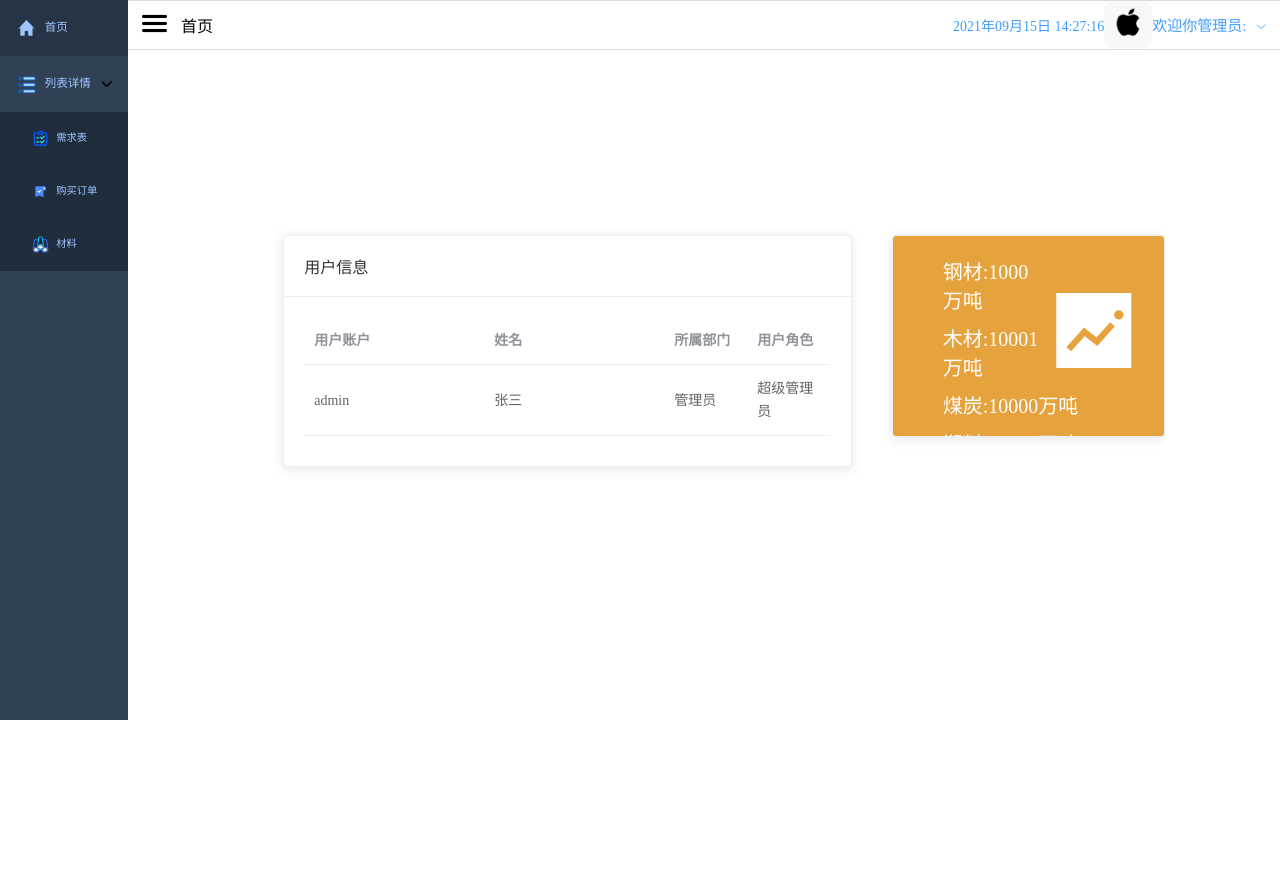
Repository: 572031690/fwwb-proj
Page: /home
An editor plug-in stored every save of this project. The page is shown before and after the next save, followed by the edit.
The browser window is 1280 px wide. The pictures show the whole page.
The project was rebuilt for these pictures with package versions that can differ from the ones it lists, and the page was loaded fresh each time. Also part of the build but not shown: vue.config.js, src/components/Adddata.vue, src/assets/data/rules.js, src/assets/data/addEditList.js, src/components/addDataDialog.vue, src/assets/mixins/home-mixins.js, src/view/home/User.vue, src/assets/data/drawerData.js and 16 more.

Above is the page before, as saved 2021-09-19 16:39:33.

### public/index.html
<!DOCTYPE html>
<html lang="">
  <head>
    <meta charset="utf-8">
    <meta name="viewport" content="width=device-width,initial-scale=1.0">
    <link rel="icon" href="<%= BASE_URL %>favicon.ico">
    <title><%= htmlWebpackPlugin.options.title %></title>
    <!-- 配置jquery -->
    <!-- <script src="http://ajax.googleapis.com/ajax/libs/jquery/1.8.0/jquery.min.js"></script> -->
     <!-- 百度的适口 -->
     <meta name="viewport" content="width=device-width,minimum-scale=1.0,maximum-scale=1.0,user-scalable=no">
     <!-- 搜索框 -->
     <meta http-equiv="X-UA-Compatible" content="IE=edge">
    <meta name="viewport" content="width=device-width, initial-scale=1.0">
    <link href="http://cdn.bootcss.com/font-awesome/4.7.0/css/font-awesome.min.css" rel="stylesheet">
  </head>
  <body>
    <noscript>
      <strong>We're sorry but <%= htmlWebpackPlugin.options.title %> doesn't work properly without JavaScript enabled. Please enable it to continue.</strong>
    </noscript>
    <div id="app"></div>
    <!-- built files will be auto injected -->
  </body>
</html>

### src/App.vue
<template>
  <div id="app">
    <!-- <v-login></v-login> -->
    <router-view></router-view>
  </div>
</template>

<script>
export default {
  data () {
    return {}
  },
  methods: {},
  components: {},
  mounted () {
    // this.$router.push({ path: 'login' }) // 页面跳转
  }
}
</script>

<style></style>

### src/assets/CSS/basic.css
a {
        text-decoration: none;
}

* {
        padding: 0;
        margin: 0;
}

html, body {
        height: 100%;
}

### src/view/home/HomeWel.vue
<template>
  <div class="wel-body">
    <div class="wel-body-overbox">
      <div class="top-box">
        <el-card class="box-card-right">
          <div slot="header" class="clearfix">
            <span>用户信息</span>
          </div>
          <div>
            <el-table :data="tableData" borderstyle="width: 100%">
              <el-table-column prop="userid" label="用户账户" width="180">
              </el-table-column>
              <el-table-column prop="name" label="姓名" width="180">
              </el-table-column>
              <el-table-column prop="department" label="所属部门">
              </el-table-column>
              <el-table-column prop="role" label="用户角色"> </el-table-column>
            </el-table>
          </div>
        </el-card>
        <el-card class="box-card" style=" background-color: #E6A23C;">
          <div class="img">
            <i class="el-icon-s-marketing" style="font-size: 100px; color: white"></i>
          </div>
            <div v-for="(item,index) in datalist"  class="item" :key="index" style="font-size:20px;color:white;padding-left:30px" >
          {{item.name+':'+item.num+'万吨'}}
            </div>

          <div class="text1">材料库存</div>
        </el-card>
      </div>
      <div class="bottom-box" >
        <el-card class="box-card" style=" background-color: MediumSeaGreen;" v-if="$store.state.departmentId==='10000' || $store.state.departmentId==='10001'|| $store.state.departmentId==='10020'"  >
          <div class="img">
            <i class="el-icon-document-checked" style="font-size: 100px; color: white"></i>
          </div>
          <div class="text item">
            {{ needpass }}
          </div>
          <div class="text1">需求通过数量</div>
        </el-card>
        <el-card class="box-card" style="background-color:#f56c6c;" v-if="$store.state.departmentId==='10000' || $store.state.departmentId==='10001'|| $store.state.departmentId==='10020'">
          <div class="img">
            <i class="el-icon-s-data" style="font-size: 100px; color: white"></i>
          </div>

          <div class="text item">
            {{ needreject }}
          </div>
          <div class="text1">需求驳回数量</div>
        </el-card>
        <el-card class="box-card" style=" background-color: #409eff" v-if="$store.state.departmentId==='10000' || $store.state.departmentId==='10001'|| $store.state.departmentId==='10020'">
          <div class="img">
            <i class="el-icon-s-order" style="font-size: 100px; color: white"></i>
          </div>
          <div class="text item">
            {{ needtotal }}
          </div>
          <div class="text1">需求总数</div>
        </el-card>
        <el-card class="box-card" style=" background-color: MediumSeaGreen;" v-if="$store.state.departmentId==='10000' || $store.state.departmentId==='10001'|| $store.state.departmentId==='10010'">
          <div class="img">
            <i class="el-icon-document-checked" style="font-size: 100px; color: white"></i>
          </div>
          <div class="text item">
            {{ orderpass }}
          </div>
          <div class="text1">订单通过数量</div>
        </el-card>
        <el-card class="box-card" style=" background-color:#f56c6c;" v-if="$store.state.departmentId==='10000' || $store.state.departmentId==='10001'|| $store.state.departmentId==='10010'">
          <div class="img">
            <i class="el-icon-s-data" style="font-size: 100px; color: white"></i>
          </div>
          <div class="text item">
            {{ orderreject }}
          </div>
          <div class="text1">订单驳回数量</div>
        </el-card>
        <el-card class="box-card" style=" background-color: #409eff;" v-if="$store.state.departmentId==='10000' || $store.state.departmentId==='10001'|| $store.state.departmentId==='10010'">
          <div class="img">
            <i class="el-icon-s-order" style="font-size: 100px; color: white"></i>
          </div>
          <div class="text item">
            {{ ordertotal }}
          </div>
          <div class="text1">订单总数量</div>
        </el-card>

      </div>
    </div>

  </div>
</template>

<script>
export default {
  data () {
    return {
      tableData: [
        {
          userid: 'admin',
          name: '张三',
          department: '管理员',
          role: '超级管理员'
        }
      ],
      needpass: 5,
      needreject: 0,
      needtotal: 0,
      orderpass: 0,
      orderreject: 0,
      ordertotal: 0,
      datalist: [
        { name: '钢材', num: 1000 },
        { name: '木材', num: 10001 },
        { name: '煤炭', num: 10000 },
        { name: '塑料', num: 10000 }
      ]
    }
  },
  methods: {

  }

}
</script>

<style lang="less" scoped>
.wel-body {
  height: 90%;
  padding: 10%;
  display: flex;
  flex-direction: column;
  justify-content: center;
  &-overbox {
    overflow: auto;
    height: 100%;

  }
  .top-box {
    padding-top: 40px;
    display: flex;
    justify-content:center;
  }
  .box-card-right {
    width: 940px;
    height: 230px;
    float: left;
    margin-top: 30px;
    margin-left: 40px;
  }
  .bottom-box {
    display: flex;
    justify-content:center;
    flex-wrap: wrap;
  }
  .box-card {
    width: 450px;
    height: 200px;
    float: left;
    margin-top: 30px;
    margin-left: 40px;
  }
    .img {
    float: right;
    padding-top: 25px;
  }

  .text {
    font-size: 50px;
    color: white;
    padding-left: 40px;
    padding-top: 20px;
    width: 50px;
  }
  .text1 {
    color: white;
    padding-left: 40px;
    width: 120px;
  }

  .item {
    margin-bottom: 9px;
  }

  .clearfix:before,
  .clearfix:after {
    display: table;
    content: "";
  }
  .clearfix:after {
    clear: both;
  }
}

</style>

### src/view/home/Driver.vue
<template>
  <div class="welbody" ref="body_ref" id="body">
    <!-- <div class="welcomehome" ref="welcomehome">
                欢迎管理员回来！
        </div> -->
    <div class="bodyleft">
      <div class="tabbody">
        <rankchart class="piechart" :titleFontSize="titleFontSize"></rankchart>

        <div class="tabbodyafter"></div>
      </div>
      <div class="tabbody">
        <piechart class="piechart" :titleFontSize="titleFontSize"></piechart>
        <div class="tabbodyafter"></div>
      </div>
    </div>
    <div class="tabmid">
      <div class="tabmidtop">
        <div class="tabmidtopTitle">2021年统计</div>
        <div  class="tabmidtopBody" >
          <div class="tabmidtopBodyLeft">
            <span>15000 </span>
            <span> 单</span>
          </div>
          <div class="tabmidtopBodyRight">
            <span>25500 </span>
            <span> 万元</span>
          </div>
        </div>
        <div  class="tabmidtopBottom" >
          <div>
            销售单量
          </div>
          <div>
            销售额
          </div>
        </div>
      </div>
      <mapChina></mapChina>
    </div>
    <div class="bodyright">
      <div class="tabbody">
        <linechart class="piechart" :titleFontSize="titleFontSize"></linechart>
        <div class="tabbodyafter"></div>
      </div>
      <div class="tabbody">
        <totalchart
          class="piechart"
          :titleFontSize="titleFontSize"
        ></totalchart>
        <div class="tabbodyafter"></div>
      </div>
    </div>

    <!-- <div ref="map_ref" class="bodymap"></div> -->
  </div>
</template>
<script>
import mapChina from '@/components/driver/MapChina.vue'
import piechart from '@/components/driver/leftchart/piechart.vue'
import rankchart from '@/components/driver/leftchart/rankchart.vue'
import linechart from '@/components/driver/rightchart/linechart.vue'
import totalchart from '@/components/driver/rightchart/totalchart.vue'
import elementResizeDetectorMaker from 'element-resize-detector'
import '../../assets/图标字体/DS-DIGIT.TTF'
export default {
  components: {
    mapChina,
    piechart,
    rankchart,
    linechart,
    totalchart
  },
  data () {
    return {
      titleFontSize: 15
    }
  },
  mounted () {
    // window.addEventListener("resize", this.screenAdapter);
    // 在页面加载完成的时候, 主动进行屏幕的适配
    // setTimeout(() => {
    // this.screenAdapter();
    // }, 600);
    const _this = this
    const erd = elementResizeDetectorMaker()
    erd.listenTo(document.getElementById('body'), element => {
      _this.$nextTick(() => {
        // 监听到事件后执行的业务逻辑
        this.screenAdapter()
      })
    })
  },
  destroyed () {
    // 在组件销毁的时候, 需要将监听器取消掉
    // window.removeEventListener("resize", this.screenAdapter);
  },
  methods: {
    screenAdapter () {
      this.titleFontSize = (this.$refs.body_ref.clientWidth / 100) * 0.8 // 15
      console.log(this.titleFontSize, 'titleFontSize132')
    }
  }
}
</script>
<style lang="less" scoped>
.welbody {
  height: 100%;
  width: 100%;
  background: #0d3465;
  display: flex;
  justify-content: center;
  align-items: center;
}
.bodyleft {
  flex: 1;
  height: 100%;
  width: 25%;
  /* width: 22%;
  min-width: 22%;
  max-width: 22%; */
}
.bodyright {
  flex: 1;
  height: 100%;
  width: 25%;
  /* width: 22%;
  min-width: 22%;
  max-width: 22%; */
}
.tabmid {
  position: relative;
  flex: 2;
  width: 50%;
  height: 100%;
  /* width: 48%;
  min-width: 48%;
  max-width: 48%; */
}
.tabbody {
  background: url(../../assets/img/line.png) no-repeat;
  background-size: 100% 100%;
  height: 49%;
  width: 97.3%;
  position: relative;
  margin: 5px;
  border: 1px solid rgba(47, 137, 207, 0.2);
  /* opacity: 0.3; */
  &::after {
    content: "";
    position: absolute;
    height: 10px;
    width: 10px;
    top: 0px;
    left: 0px;
    border-top: 2px solid #02a6b5;
    border-left: 2px solid #02a6b5;
  }
  &::before {
    content: "";
    position: absolute;
    height: 10px;
    width: 10px;
    top: 0px;
    right: 0px;
    border-top: 2px solid #02a6b5;
    border-right: 2px solid #02a6b5;
  }
}
.piechart {
  height: 100%;
  width: 100%;
}
.tabbodyafter {
  &::after {
    content: "";
    position: absolute;
    height: 10px;
    width: 10px;
    bottom: 0px;
    left: 0px;
    border-bottom: 2px solid #02a6b5;
    border-left: 2px solid #02a6b5;
  }
  &::before {
    content: "";
    position: absolute;
    height: 10px;
    width: 10px;
    bottom: 0px;
    right: 0px;
    border-bottom: 2px solid #02a6b5;
    border-right: 2px solid #02a6b5;
  }
}
.tabmidtop {
  position: absolute;
  /* height: 20%; */
  height: 120px;
  width: 60%;
  border: 2px solid rgb(13, 31, 107);
  left: 50%;
  background-color: rgb(13, 31, 107);
  transform: translate(-50%, 0);
  /* 50%为自身尺寸的一半 */
}
.tabmidtopTitle {
  color: white;
  font-size: 1.1vw;
  padding: 8px 15px 5px;
}
.tabmidtopBody {
  display: flex;
  height: 50px;
  width: 95%;
  margin: 0 auto;
  border: 1px solid rgba(47, 137, 207, 0.2);
}
/*引入图标字体文件*/
@font-face {
  font-family: electronicFont;
  src: url(../../assets/图标字体/DS-DIGIT.TTF);
}
.tabmidtopBodyLeft {
  flex: 1;
  position: relative;
  color: rgb(255, 235, 123);
  text-align: center;
  font-size: 2vw;
  line-height: 50px;
  font-family: 'electronicFont';
  span {
    &:nth-child(2) {
      font-size: 1vw;
    }
  }
  &::after {
    content: "";
    position: absolute;
    top: 0;
    left: 0;
    height: 15px;
    width: 35px;
    border-top: 2px solid #02a6b5;
    border-left: 2px solid #02a6b5;
  }
  &::before {
    content: "";
    position: absolute;
    top: 50%;
    right: 0;
    transform: translateY(-50%);
    height: 35px;
    width: 2px;
    background-color: rgba(46, 147, 224, 0.2);
  }
}
.tabmidtopBodyRight {
  flex: 1;
  position: relative;
  color: rgb(255, 235, 123);
  text-align: center;
  font-size: 2vw;
  line-height: 50px;
  font-family: 'electronicFont';
  span {
    &:nth-child(2) {
      font-size: 1vw;
    }
  }
  &::after {
    content: "";
    position: absolute;
    bottom: 0;
    right: 0;
    height: 15px;
    width: 35px;
    border-bottom: 2px solid #02a6b5;
    border-right: 2px solid #02a6b5;
  }
}
.tabmidtopBottom {
  display: flex;
  margin-top: 4px;
  & > div {
    font-size: 0.8vw;
    flex: 1;
    color: rgb(180, 187, 210);
    text-align: center;
  }
}

/* .bodymap { */
/* width: 41vw; */
/* height: 41vw; */
/* background-color: #031255; */
/* } */
/* .welcomehome {
  line-height: 500px;
  text-align: center;
  font-size: 80px;
  color: #409eff;
} */
</style>

Loaded but not shown: src/plugins/element.js (common file); src/assets/data/homeRouter.js (128 lines, source omitted); src/service/axios.js (104 lines, source omitted); src/service/index.js (97 lines, source omitted); src/router/index.js (74 lines, source omitted); src/service/api/module/home(1)/need.js (64 lines, source omitted); src/service/api/module/home/buy.js (64 lines, source omitted); src/service/api/module/home(1)/buy.js (64 lines, source omitted); src/service/api/module/home/need.js (63 lines, source omitted); src/main.js (41 lines, source omitted); src/assets/data/tableData.js (22 lines, source omitted); src/service/api/module/home/department.js (45 lines, source omitted); src/service/api/module/home/table.js (49 lines, source omitted); src/service/api/module/home/user.js (49 lines, source omitted); src/service/api/module/home/item.js (48 lines, source omitted); src/service/api/module/home(1)/item.js (48 lines, source omitted); src/service/api/index.js (26 lines, source omitted); src/service/api/module/home(1)/login.js (35 lines, source omitted); src/service/api/module/login.js (35 lines, source omitted); src/store/index.js (30 lines, source omitted); src/service/api/module/home.js (21 lines, source omitted); src/service/api/module/home/table-service.js (24 lines, source omitted); src/service/api.url.js (12 lines, source omitted); src/service/api/module/my-login.js (12 lines, source omitted); src/view/Home.vue (553 lines, source omitted); src/service/api/module/home/controlStock.js (no copy from this time; the picture is the same without it); src/service/api/module/home/driver.js (no copy from this time; the picture is the same without it); src/service/api/module/home/permission.js (no copy from this time; the picture is the same without it); src/service/api/module/home/permisson.js (no copy from this time; the picture is the same without it); src/service/api/module/home/personal.js (no copy from this time; the picture is the same without it); src/service/api/module/home/role.js (no copy from this time; the picture is the same without it); src/service/api/module/home/warehouse.js (no copy from this time; the picture is the same without it); src/service/api/module/home/welcome.js (no copy from this time; the picture is the same without it)

After the next save:
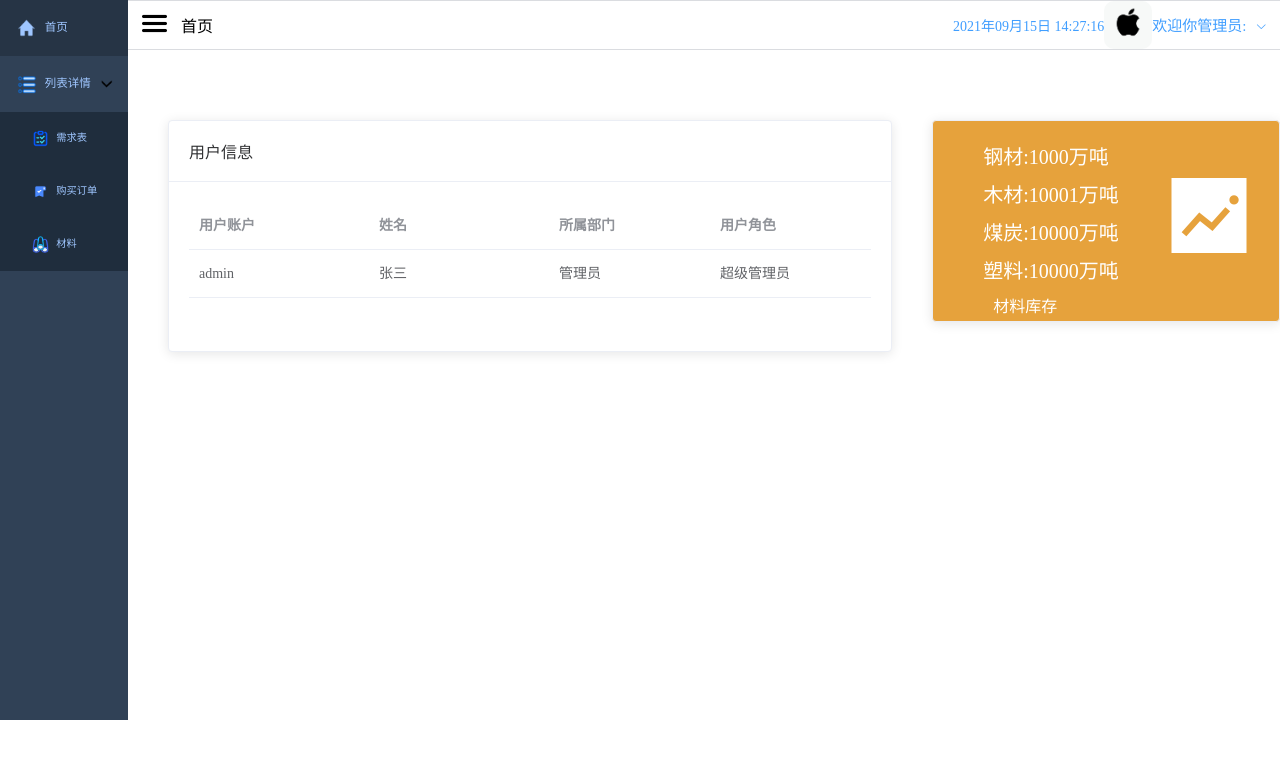
Saved 6 s later.
--- a/src/view/home/HomeWel.vue
+++ b/src/view/home/HomeWel.vue
@@ -128,7 +128,7 @@
 <style lang="less" scoped>
 .wel-body {
   height: 90%;
-  padding: 10%;
+  padding-bottom: 10%;
   display: flex;
   flex-direction: column;
   justify-content: center;
